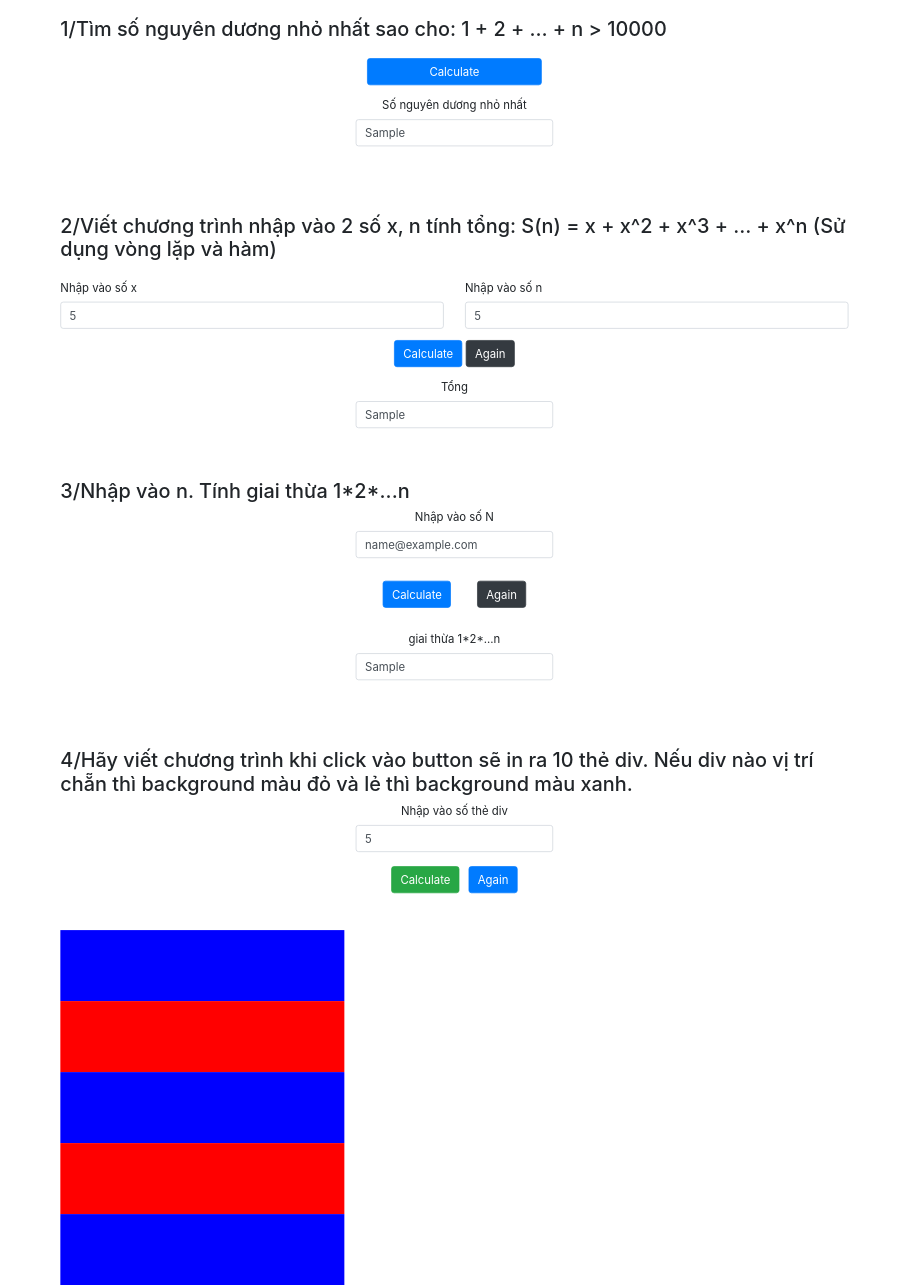
Repository: baobaodeveloper/bootcamp21__loop__HuynhAnhBao
Page: index.html
The author's editor kept a copy of each file at every save. The page is drawn from the files as they stood at one save, then again after the next save.
The browser window is 1280 px wide. The pictures show the whole page, at 71% of full size.
Empty fields were first filled with sample values (such as "Sample", 5 or name@example.com).
After loading, the first visible `#creat-div` was clicked once.

Above is the page before, as saved 2022-03-17 19:36:07.

After the next save:
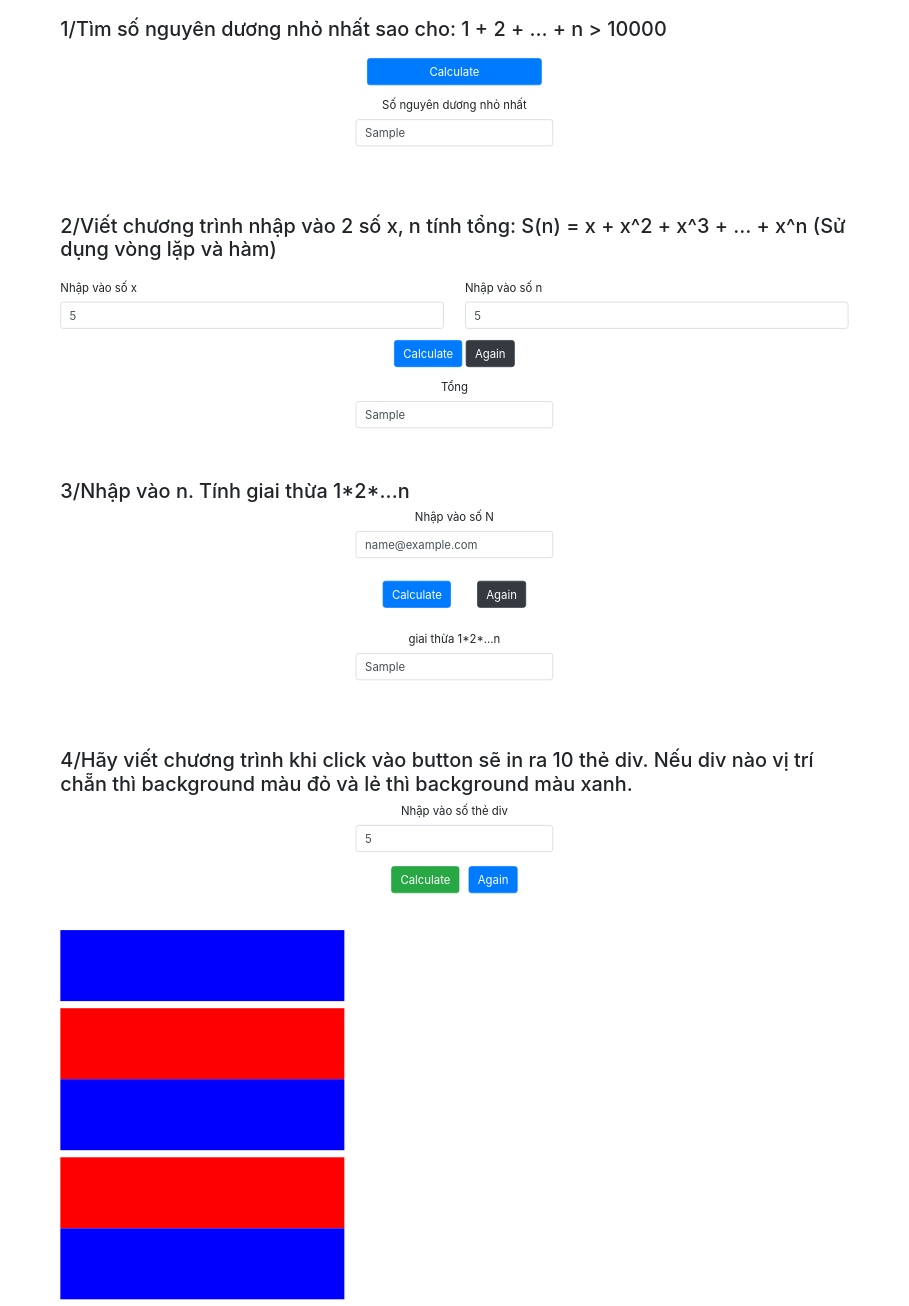
Saved 44 s later.
--- a/exercise4.js
+++ b/exercise4.js
@@ -6,7 +6,7 @@ document.getElementById("creat-div").addEventListener("click", () => {
 
   const numDivValue = +numDiv.value;
   const redDiv = `<div style="height: 100px; width: 400px; background-color: red"></div>`;
-  const blueDiv = `<div style="height: 100px; width: 400px; background-color: blue"></div>`;
+  const blueDiv = `<div style="height: 100px; width: 400px; background-color: blue; margin-bottom: 10px"></div>`;
 
   for (let i = 1; i <= numDivValue; i++) {
     if (i % 2 === 0) {
